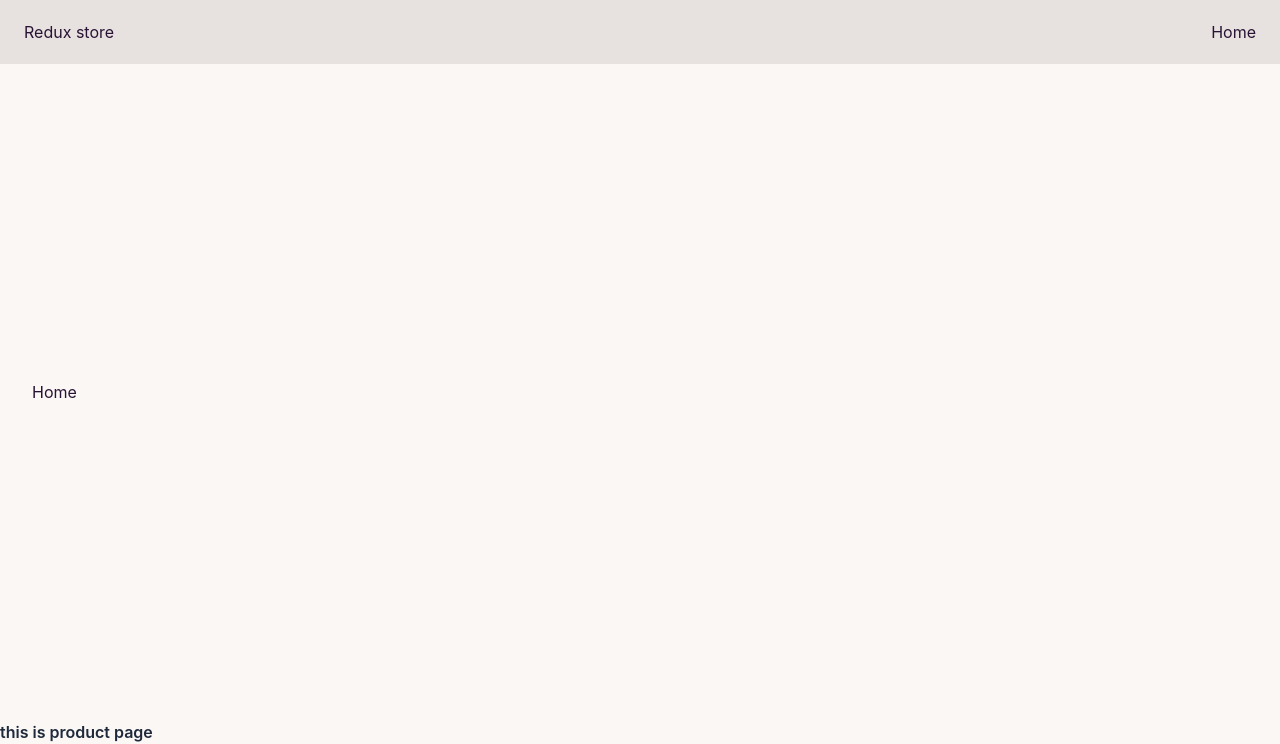
Repository: Tanvir3744/admin-portal
Page: /
An editor plug-in stored every save of this project. The page is shown before and after the next save, followed by the edit.
The browser window is 1280 px wide. The pictures show the whole page.
The project was rebuilt for these pictures with package versions that can differ from the ones it lists, and the page was loaded fresh each time.

Above is the page before, as saved 2022-07-22 20:20:33.

### src/index.js
import React from 'react';
import ReactDOM from 'react-dom/client';
import './index.css';
import App from './App';
import reportWebVitals from './reportWebVitals';
import { Provider } from 'react-redux'
import { store } from './Redux/Store'
import { BrowserRouter } from 'react-router-dom'
const root = ReactDOM.createRoot(document.getElementById('root'));
root.render(
  <React.StrictMode>
    <Provider store={store}>
      <BrowserRouter>
        <App />
      </BrowserRouter>
    </Provider>
  </React.StrictMode>
);

// If you want to start measuring performance in your app, pass a function
// to log results (for example: reportWebVitals(console.log))
// or send to an analytics endpoint. Learn more: https://bit.ly/CRA-vitals
reportWebVitals();

### src/index.css
/* tailwind css configuration */
@tailwind base;
@tailwind components;
@tailwind utilities;

body {
  margin: 0;
  font-family: -apple-system, BlinkMacSystemFont, 'Segoe UI', 'Roboto', 'Oxygen',
    'Ubuntu', 'Cantarell', 'Fira Sans', 'Droid Sans', 'Helvetica Neue',
    sans-serif;
  -webkit-font-smoothing: antialiased;
  -moz-osx-font-smoothing: grayscale;
}

code {
  font-family: source-code-pro, Menlo, Monaco, Consolas, 'Courier New',
    monospace;
}

### src/App.js
import Header from './components/Header/Header'
import {Route, Routes } from 'react-router-dom';
import Products from './components/Products/Products';
function App() {
  return (
    <div className="App">
      <Header></Header>
      <Routes>
        <Route path='/' element={<Products/>}></Route>
      </Routes>
    </div>
  );
}

export default App;

### src/Redux/Store.js
import { createStore } from 'redux';
import { rootReducers } from './Reducers';
export const store = createStore(rootReducers,
    {},
     window.__REDUX_DEVTOOLS_EXTENSION__ && window.__REDUX_DEVTOOLS_EXTENSION__()
) // the second argument could be a middleware I'm gonna use that later

### src/components/Header/Header.js
import React from 'react';
import { Link } from 'react-router-dom'
const Header = () => {
    const menuItem = <>
        <li><Link to='/'>Home</Link></li>
    </>
    return (
        <div>
            <div class="drawer">
                <input id="my-drawer-3" type="checkbox" class="drawer-toggle" />
                <div class="flex flex-col">
                    <div class="w-full navbar bg-base-300">
                        <div class="flex-none lg:hidden">
                            <label for="my-drawer-3" class="btn btn-square btn-ghost">
                                <svg xmlns="http://www.w3.org/2000/svg" fill="none" viewBox="0 0 24 24" class="inline-block w-6 h-6 stroke-current"><path stroke-linecap="round" stroke-linejoin="round" stroke-width="2" d="M4 6h16M4 12h16M4 18h16"></path></svg>
                            </label>
                        </div>
                        <div class="flex-1 px-2 mx-2">
                            Redux store
                        </div>
                        <div class="flex-none hidden lg:block">
                            <ul class="menu menu-horizontal">
                                {menuItem}
                            </ul>
                        </div>
                    </div>
                </div>
                <div>
                    <label for="my-drawer-3" class="drawer-overlay"></label>
                    <ul class="menu p-4 overflow-y-auto w-80 bg-base-100">
                        {menuItem}
                    </ul>

                </div>
            </div>
        </div>
    );
};

export default Header;

### src/components/Products/Products.js
import React from 'react';

const Products = () => {
    return (
        <div>
            <h2 className='text-slate-800 font-semibold'>this is product page</h2>

        </div>
    );
};

export default Products;

### src/Redux/Reducers/index.js
import { combineReducers } from 'redux';
import { setProductReducers } from '../Reducers/Reducers';

export const rootReducers = combineReducers({
    setProdReducer : setProductReducers,
})

### src/Redux/Reducers/Reducers.js
import { ActionType } from '../ActionTypes/ActionContstant'

//initializing the state here
const initProdState = {
    products: [
        {
            "img": "https://m.media-amazon.com/images/I/71wrIZujPIL._AC_UL320_.jpg",
            "name": "Roku Streaming Stick 4K 2021",
            "desc": "Streaming Device 4K/HDR/Dolby Vision with Roku Voice Remote and TV Controls",
            "price": "$29.99"
        },
        {
            "img": "https://m.media-amazon.com/images/I/717dWfmxXVL._AC_UL320_.jpg",
            "name": "Roku Express | HD Streaming Media",
            "desc": "Player with High Speed HDMI Cable and Simple Remote",
            "price": "$19.99"
        },
        {
            "img": "https://m.media-amazon.com/images/I/71rXSVqET9L._AC_UL320_.jpg",
            "name": "Sceptre 24 inch Professional Thin 75Hz",
            "desc": "1080p LED Monitor 2x HDMI VGA Build-in Speakers, Machine Black (E248W-19203R Series)",
            "price": "$99.99"
        },
        {
            "img": "https://m.media-amazon.com/images/I/712xpaJPT6L._AC_UL320_.jpg",
            "name": "Logitech C922x Pro Stream Webcam ",
            "desc": "Full 1080p HD Camera",
            "price": "$109.99"
        }
    ]
}

console.log(initProdState)
export const setProductReducers = (state = initProdState, { type, payload }) => {
    switch (type) {
        case ActionType.SET_PRODUCTS:
            return state;

        default:
            return state;
    }
}

### src/Redux/ActionTypes/ActionContstant.js
export const ActionType = {
    SET_PRODUCTS: "SET_PRODUCTS",
    SELECTED_PRODUCT: 'SELECTED_PRODUCT',
    REMOVE_SELECTED_PRODUCT : 'REMOVE_SELECTED_PRODUCT',
}

### tailwind.config.js
/** @type {import('tailwindcss').Config} */
module.exports = {
  content: ["./src/**/*.{html,js}"],
  theme:{
    extend: {
      daisyui: {
        themes: [
          {
            mytheme: {
              "primary": "#ffc4d3",
              "secondary": "#f285d6",
              "accent": "#6501ad",
              "neutral": "#1B1D23",
              "base-100": "#EDE6EF",
              "info": "#408BC4",
              "success": "#24BC85",
              "warning": "#A26F11",
              "error": "#F4627A",
            },
          },
        ],
      },
    },
  },
  daisyui: {
    themes: ["cupcake","cmyk"],
  },
  plugins: [require("daisyui")],
}

Loaded but not shown: public/index.html (common file); src/reportWebVitals.js (common file)

After the next save:
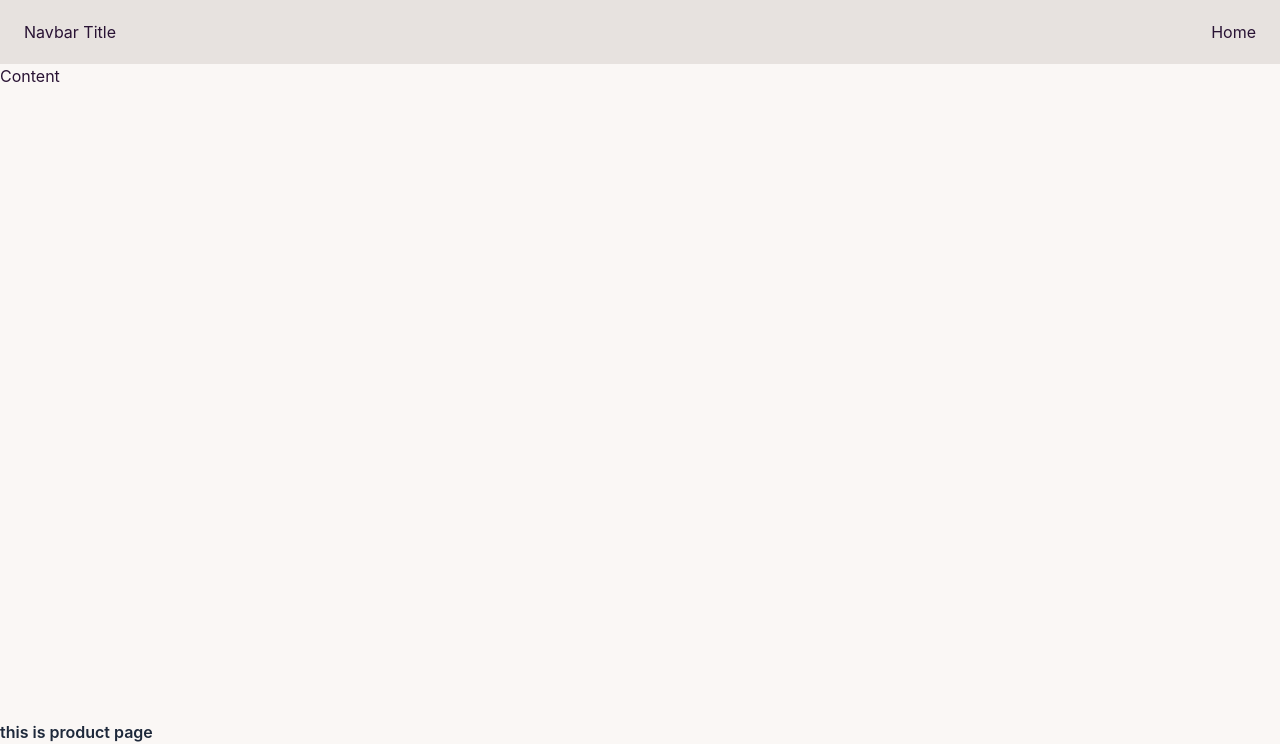
Saved 24 s later.
--- a/src/components/Header/Header.js
+++ b/src/components/Header/Header.js
@@ -1,38 +1,39 @@
 import React from 'react';
-import { Link } from 'react-router-dom'
+import {Link} from 'react-router-dom'
 const Header = () => {
     const menuItem = <>
-        <li><Link to='/'>Home</Link></li>
+        <li><Link to='/home'>Home</Link></li>
     </>
     return (
         <div>
-            <div class="drawer">
-                <input id="my-drawer-3" type="checkbox" class="drawer-toggle" />
-                <div class="flex flex-col">
-                    <div class="w-full navbar bg-base-300">
-                        <div class="flex-none lg:hidden">
-                            <label for="my-drawer-3" class="btn btn-square btn-ghost">
-                                <svg xmlns="http://www.w3.org/2000/svg" fill="none" viewBox="0 0 24 24" class="inline-block w-6 h-6 stroke-current"><path stroke-linecap="round" stroke-linejoin="round" stroke-width="2" d="M4 6h16M4 12h16M4 18h16"></path></svg>
-                            </label>
-                        </div>
-                        <div class="flex-1 px-2 mx-2">
-                            Redux store
-                        </div>
-                        <div class="flex-none hidden lg:block">
-                            <ul class="menu menu-horizontal">
-                                {menuItem}
-                            </ul>
-                        </div>
-                    </div>
-                </div>
-                <div>
-                    <label for="my-drawer-3" class="drawer-overlay"></label>
-                    <ul class="menu p-4 overflow-y-auto w-80 bg-base-100">
-                        {menuItem}
-                    </ul>
+           <div class="drawer">
+  <input id="my-drawer-3" type="checkbox" class="drawer-toggle" />
+  <div class="drawer-content flex flex-col">
 
-                </div>
-            </div>
+    <div class="w-full navbar bg-base-300">
+      <div class="flex-none lg:hidden">
+        <label for="my-drawer-3" class="btn btn-square btn-ghost">
+          <svg xmlns="http://www.w3.org/2000/svg" fill="none" viewBox="0 0 24 24" class="inline-block w-6 h-6 stroke-current"><path stroke-linecap="round" stroke-linejoin="round" stroke-width="2" d="M4 6h16M4 12h16M4 18h16"></path></svg>
+        </label>
+      </div>
+      <div class="flex-1 px-2 mx-2">Navbar Title</div>
+      <div class="flex-none hidden lg:block">
+        <ul class="menu menu-horizontal">
+         {menuItem}
+        </ul>
+      </div>
+    </div>
+
+    Content
+  </div>
+  <div class="drawer-side">
+    <label for="my-drawer-3" class="drawer-overlay"></label>
+    <ul class="menu p-4 overflow-y-auto w-80 bg-base-100">
+    {menuItem}
+    </ul>
+
+  </div>
+</div>
         </div>
     );
 };
